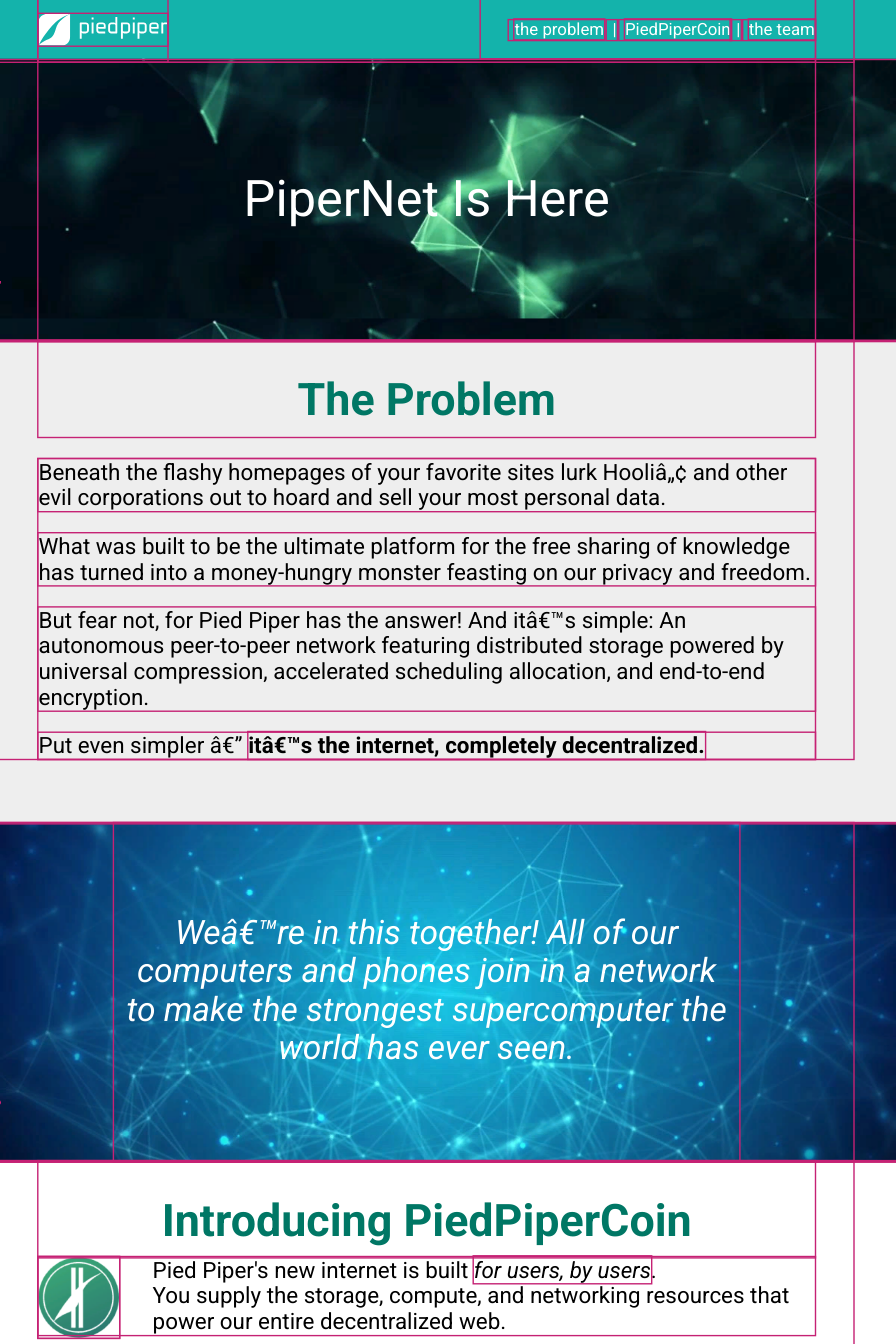
Repository: armus503/Pip_Piper
Page: Pip_Piper.html
These files come from the project's save history. The page is drawn as it stood at one moment and after the next save; the edit follows.
The browser window is 1280 px wide. The pictures show the part of the page from y = 0 to 1920 px (the page is 3271 px tall), at 70% of full size.

Above is the page before, as saved 2021-07-21 00:13:19.

After the next save:
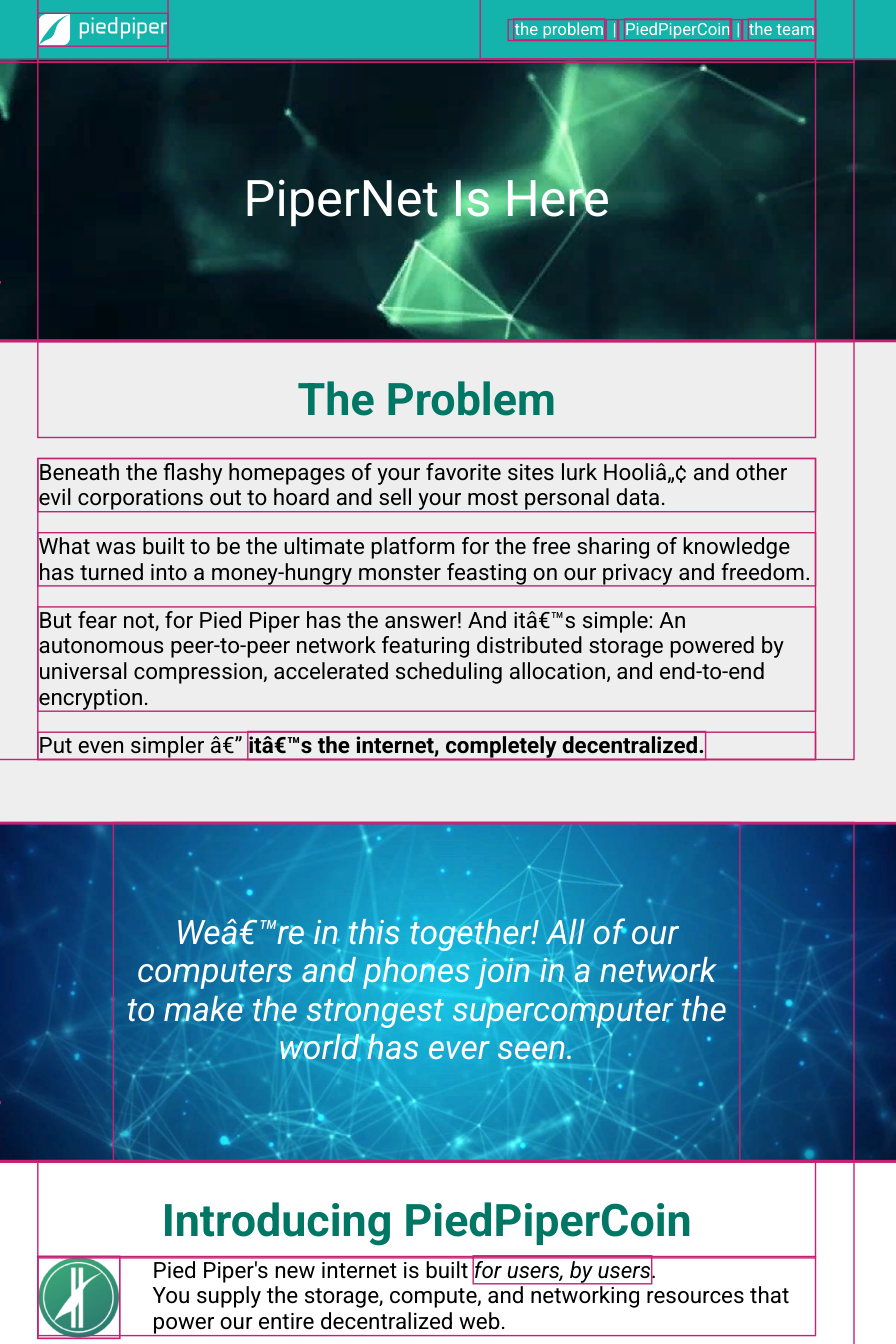
Saved 81 s later.
--- a/Pip_Piper.css
+++ b/Pip_Piper.css
@@ -517,7 +517,7 @@
 
 .jumbotron {
     background-image: url("image(1).png");
-    background-size: contain;
+    background-size: auto;
     background-position: center center;
     margin: 0, auto;
     box-sizing: border-box;
